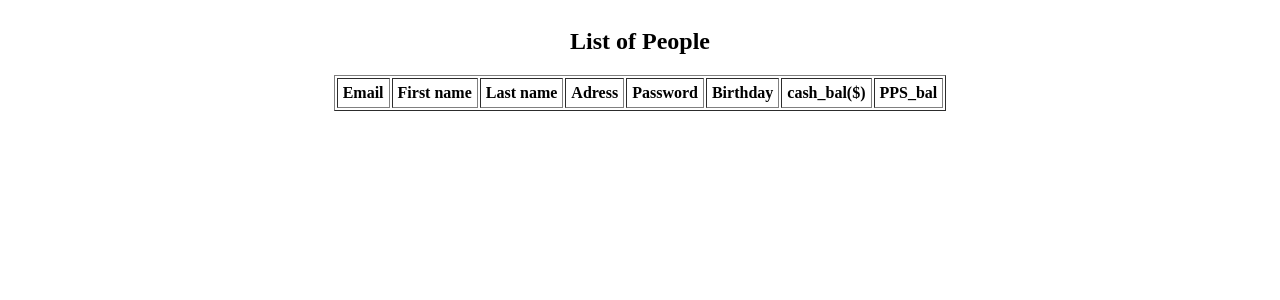
Repository: jacknishanian/Database-project
Page: http://localhost/database/UserList.jsp
The author's editor kept a copy of each file at every save. The page is drawn from the files as they stood at one save, then again after the next save.
The browser window is 1280 px wide. The pictures show the whole page.
The page is served by Tomcat 9. Nobody is signed in. The application's start-up code is not run. Other server files are loaded and not shown.

Above is the page before, as saved 2023-10-17 20:07:53.

### database/WebContent/UserList.jsp
<%@ page import="java.util.List" %>
<%@ page language="java" contentType="text/html; charset=ISO-8859-1"
    pageEncoding="ISO-8859-1"%>
  <%@ taglib prefix="c" uri="http://java.sun.com/jsp/jstl/core" %>
<!DOCTYPE html PUBLIC "-//W3C//DTD HTML 4.01 Transitional//EN" "http://www.w3.org/TR/html4/loose.dtd">
<html>
<head>
    <title>All User list</title>
</head>
<body>
   <div align="center">
        <table border="1" cellpadding="5">
            <caption><h2>List of People</h2></caption>
            <tr>
				<th>Email</th>
                <th>First name</th>
                <th>Last name</th>
                <th>Adress</th>
                <th>Password</th>
                <th>Birthday</th>
                <th>cash_bal($)</th>
                <th>PPS_bal</th>

            </tr>
            <c:forEach var="users" items="${listUser}">
                <tr style="text-align:center">
                    <td><c:out value="${users.email}" /></td>
                    <td><c:out value="${users.firstName}" /></td>
                    <td><c:out value="${users.lastName}" /></td>
                    <td><c:out value= "${users.adress_street_num} ${users.adress_street} ${users.adress_city} ${users.adress_state} ${users.adress_zip_code}" /></td>
                    <td><c:out value="${users.password}" /></td>
                    <td><c:out value="${users.birthday}" /></td>
                    <td><c:out value="${users.cash_bal}"/></td>
                    <td><c:out value="${users.PPS_bal}" /></td>
                </tr>
            </c:forEach>
        </table>
    </div>
</body>
</html>

After the next save:
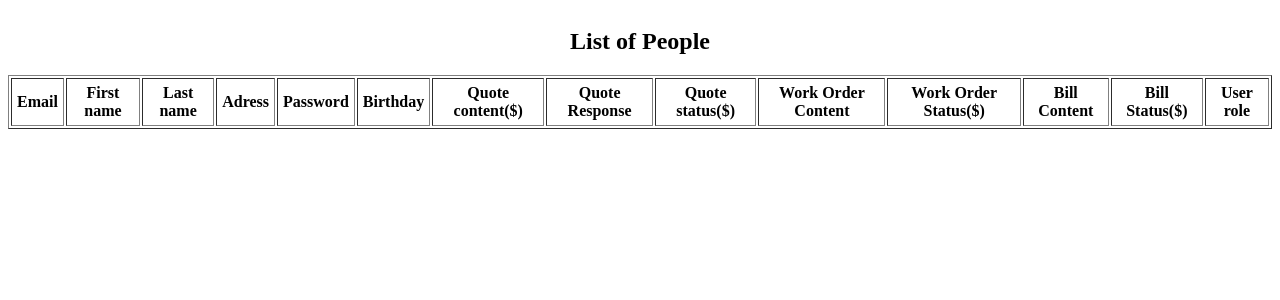
Saved 64 min 38 s later.
--- a/database/WebContent/UserList.jsp
+++ b/database/WebContent/UserList.jsp
@@ -18,8 +18,14 @@
                 <th>Adress</th>
                 <th>Password</th>
                 <th>Birthday</th>
-                <th>cash_bal($)</th>
-                <th>PPS_bal</th>
+                <th>Quote content($)</th>
+                <th>Quote Response</th>
+                <th>Quote status($)</th>
+                <th>Work Order Content</th>
+                <th>Work Order Status($)</th>
+                <th>Bill Content</th>
+                <th>Bill Status($)</th>
+                <th>User role</th>
 
             </tr>
             <c:forEach var="users" items="${listUser}">
@@ -29,9 +35,13 @@
                     <td><c:out value="${users.lastName}" /></td>
                     <td><c:out value= "${users.adress_street_num} ${users.adress_street} ${users.adress_city} ${users.adress_state} ${users.adress_zip_code}" /></td>
                     <td><c:out value="${users.password}" /></td>
-                    <td><c:out value="${users.birthday}" /></td>
-                    <td><c:out value="${users.cash_bal}"/></td>
-                    <td><c:out value="${users.PPS_bal}" /></td>
+                    <td><c:out value="${users.quotes_content}" /></td>
+                    <td><c:out value="${users.quotes_response}"/></td>
+                    <td><c:out value="${users.quotes_status}" /></td>
+                    <td><c:out value="${users.work_order_status}" /></td>
+                    <td><c:out value="${users.bill_of_work_content}"/></td>
+                    <td><c:out value="${users.bill_of_work_status}" /></td>
+                    <td><c:out value="${users.role}" /></td>
                 </tr>
             </c:forEach>
         </table>
